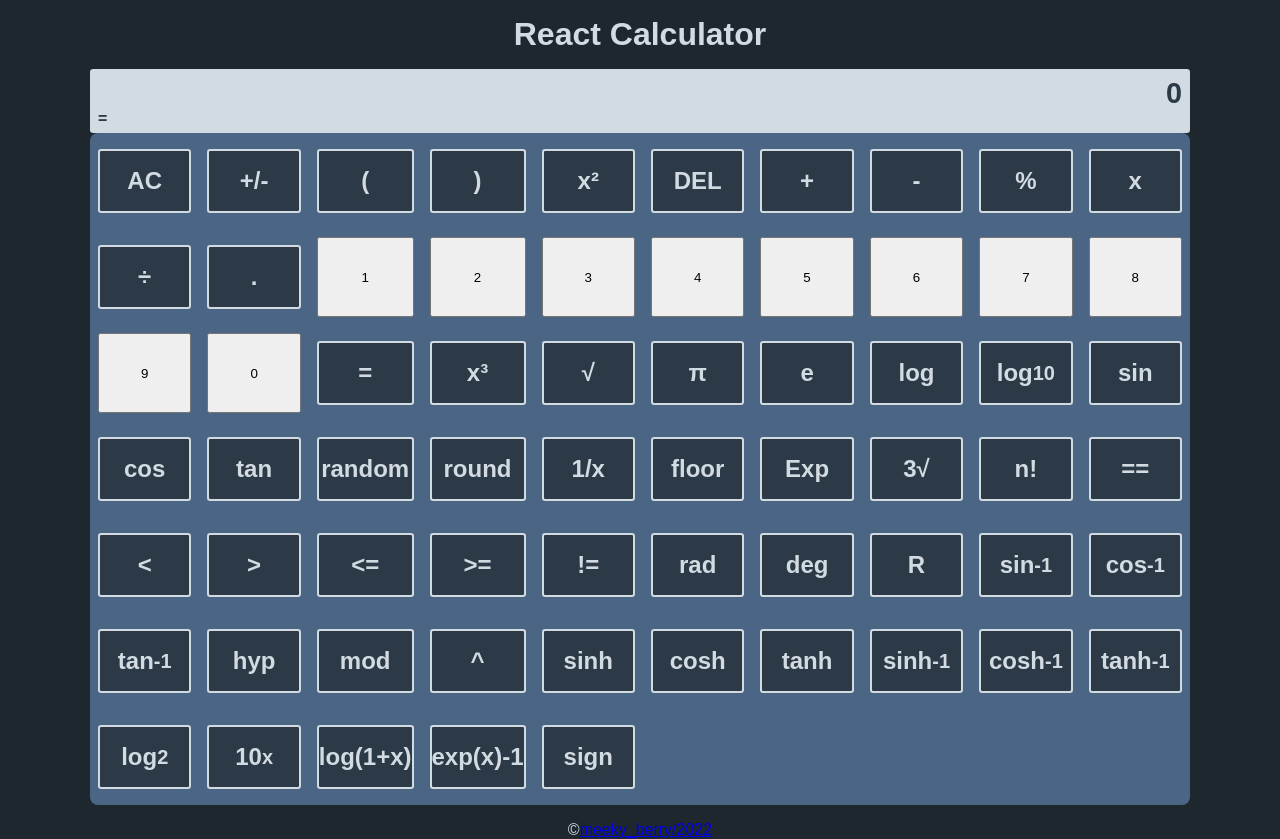
Repository: MikkyPrestige/calculator
Page: /
An editor plug-in stored every save of this project. The page is shown before and after the next save, followed by the edit.
The browser window is 1280 px wide. The pictures show the whole page.
The project was rebuilt for these pictures with package versions that can differ from the ones it lists, and the page was loaded fresh each time.

Above is the page before, as saved 2022-11-17 21:55:39.

After the next save:
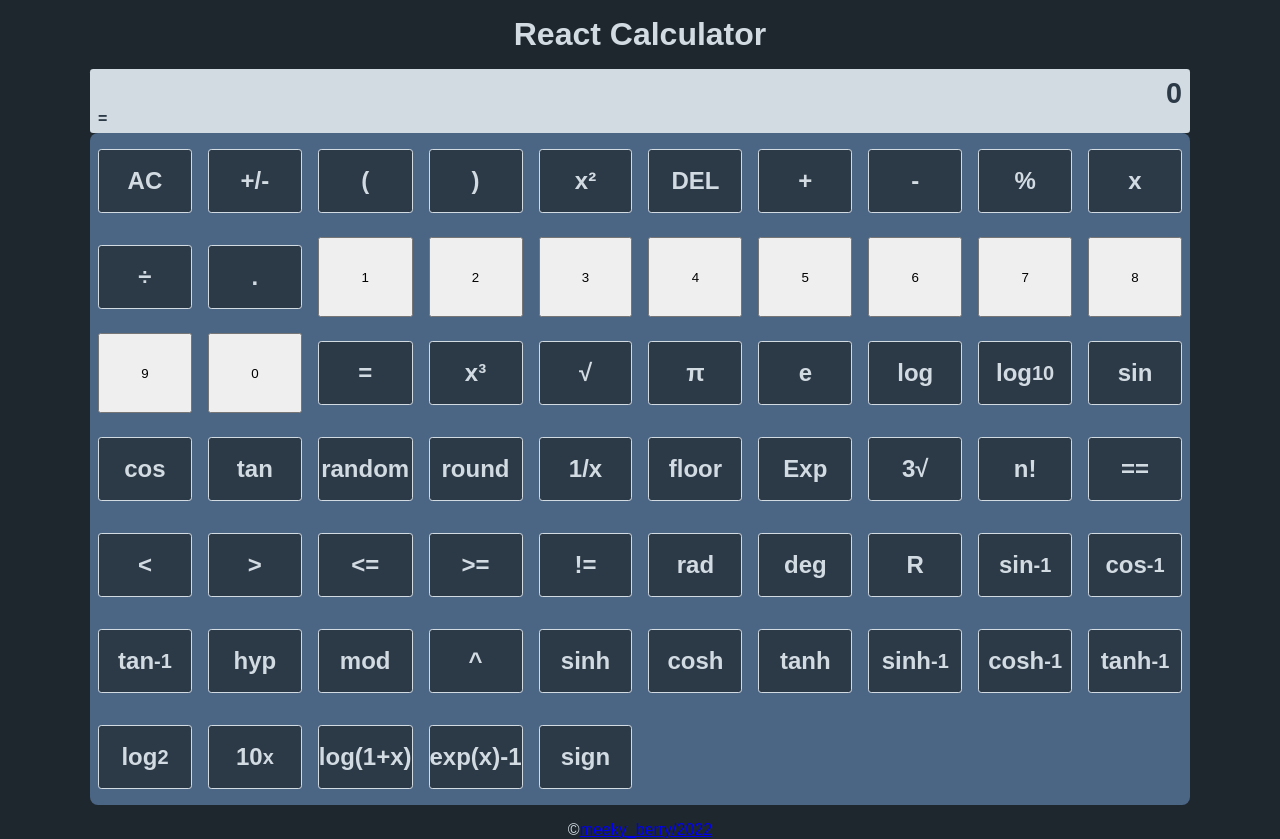
Saved 17 s later.
--- a/src/index.css
+++ b/src/index.css
@@ -70,7 +70,7 @@ body {
  justify-content: center;
  align-items: center;
  border-radius: .2rem;
- border: 2px solid #d2dae2;
+ border: 1px solid #d2dae2;
  margin: .5rem 0;
 }
 /*
